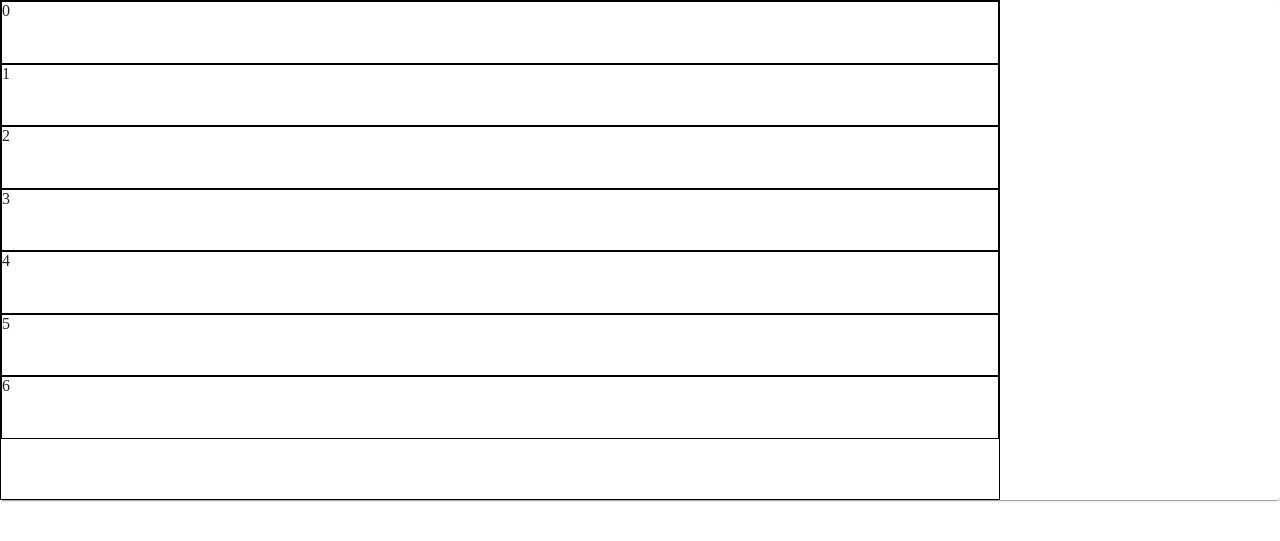
Repository: crittelmeyer/bacon
Page: /
An editor plug-in stored every save of this project. The page is shown before and after the next save, followed by the edit.
The browser window is 1280 px wide. The pictures show the whole page.
The project was rebuilt for these pictures with package versions that can differ from the ones it lists, and the page was loaded fresh each time. Requests to the local data server were answered from the project's data file. Also part of the build but not shown: src/components/Section.jsx, src/components/Grid.jsx, src/components/Row.jsx, src/utils/getColWidth.js, src/components/Col.jsx, src/components/Headings.jsx, src/containers/RepositoryList.jsx, src/containers/RepositorySection.jsx and 1 more.

Above is the page before, as saved 2019-12-02 15:30:43.

After the next save:
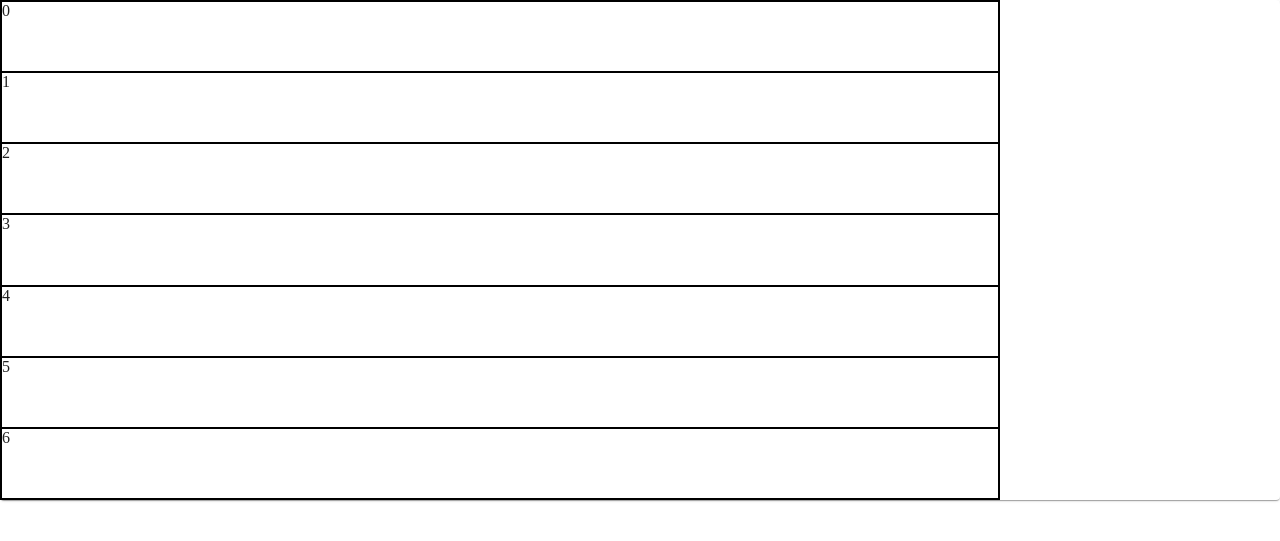
Saved 13 s later.
--- a/src/components/BaconGraph/BaconGraph.jsx
+++ b/src/components/BaconGraph/BaconGraph.jsx
@@ -19,7 +19,7 @@
     border: 'solid black 1px',
     display: 'flex',
     flexDirection: 'row',
-    height: GRAPH_HEIGHT / (levelCount + 1),
+    height: GRAPH_HEIGHT / (levelCount),
   }),
 };
 
